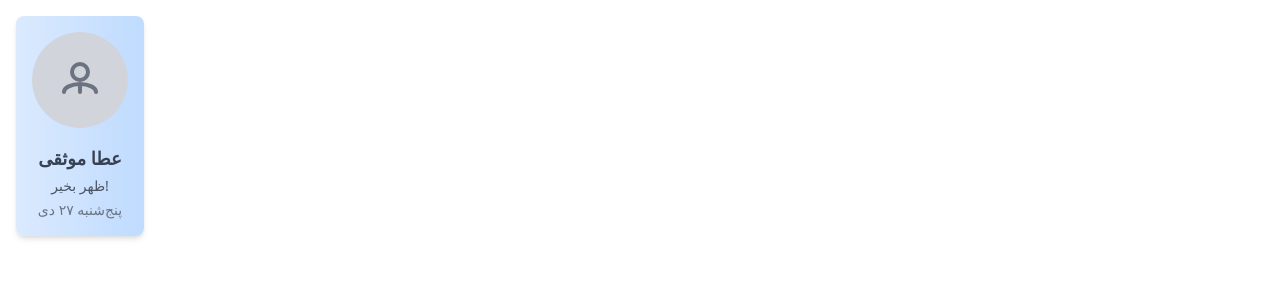
Repository: spnovaa/work-hive
Page: / (app in front_end/)
These files come from the project's save history. The page is drawn as it stood at one moment and after the next save; the edit follows.
The browser window is 1280 px wide. The pictures show the whole page.
The project was rebuilt for these pictures with package versions that can differ from the ones it lists, and the page was loaded fresh each time. Also part of the build but not shown: front_end/src/api/auth.js, front_end/src/pages/login.jsx, front_end/src/pages/registration.jsx, front_end/src/components/profile/dropdown.jsx.

Above is the page before, as saved 2025-01-16 15:30:14.

After the next save:
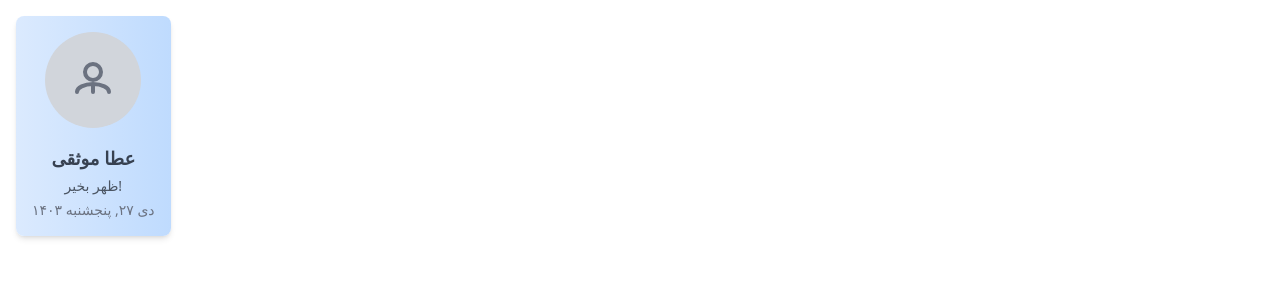
Saved 2 min 15 s later.
--- a/front_end/src/pages/home.jsx
+++ b/front_end/src/pages/home.jsx
@@ -6,13 +6,17 @@ function Home() {
   const handleBackgroundChange = (bg) => {
     setBackground(bg);
   };
+  const getCurrentDate = () => {
+    const options = { weekday: 'long', year: 'numeric', month: 'long', day: 'numeric' };
+    return new Date().toLocaleDateString('fa-IR', options); // Persian calendar format
+  };
   return (
     <div className={`h-screen ${background} p-4`}>
       <div className="absolute top-4 left-4">
         <ProfileSection
           name="عطا موثقی"
           greeting="ظهر بخیر!"
-          date="پنج‌شنبه ۲۷ دی"
+          date={getCurrentDate()}
           onBackgroundChange={handleBackgroundChange}
         />
       </div>
